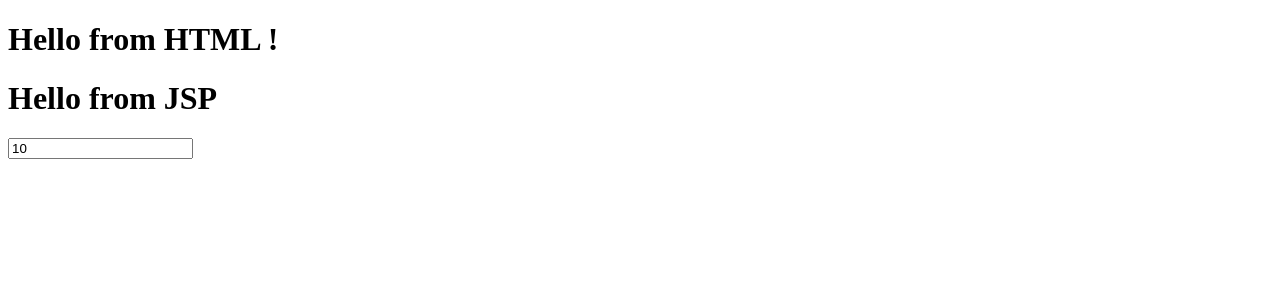
Repository: StarCoder09/JavaWorkspace
Page: http://localhost/JSP_demo/
The author's editor kept a copy of each file at every save. The page is drawn from the files as they stood at one save, then again after the next save.
The browser window is 1280 px wide. The pictures show the whole page.
The page is served by Tomcat 9.

Above is the page before, as saved 2021-06-30 11:12:26.

After the next save:
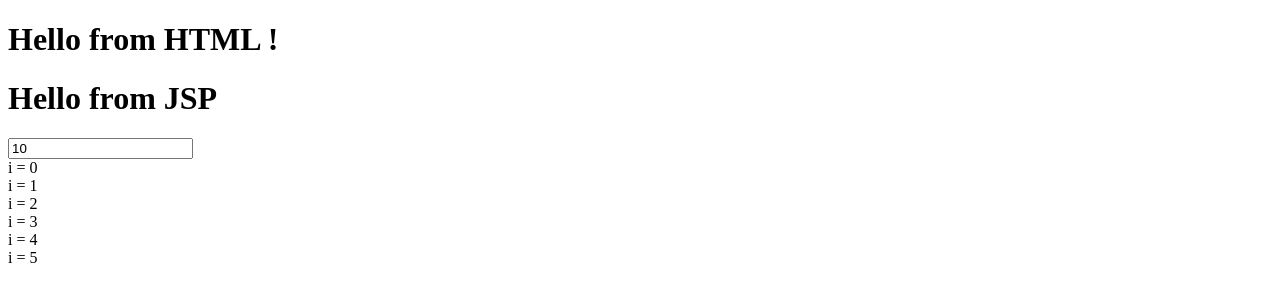
Saved 4 min 12 s later.
--- a/JSP_demo/src/main/webapp/index.jsp
+++ b/JSP_demo/src/main/webapp/index.jsp
@@ -9,9 +9,16 @@
 	<body>
 		<h1>Hello from HTML !</h1>
 		<%= "<h1>Hello from JSP</h1>" %>
+
 		<%
 			int x=10;
 		%>
-		<input type="text" value="<%= x %>">
+		<input type="text" value="<%= x %>"><br/>
+
+		<%
+			for(int i=0;i<=5;i++){
+				out.print("i = " + i + "<br/>");
+			}
+		%>
 	</body>
 </html>
